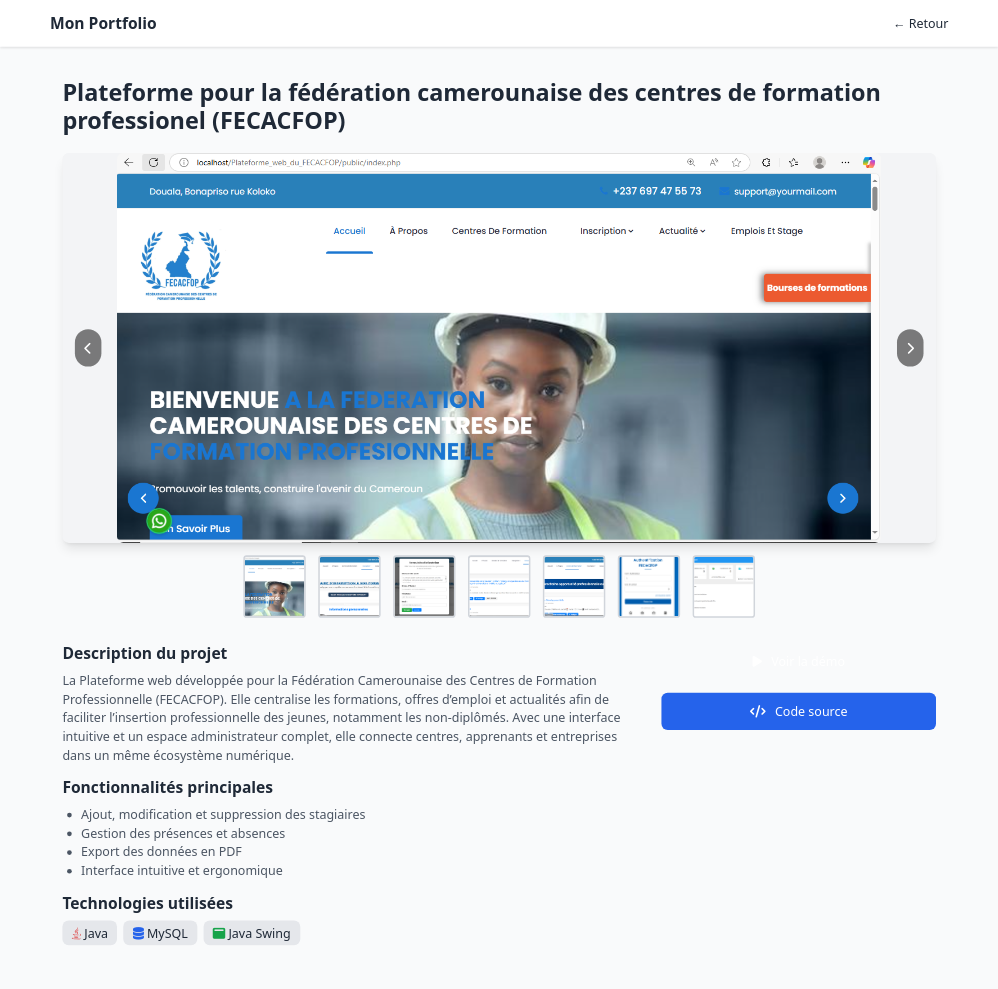
Repository: Edongo999/landry-portfolio
Page: projet-plateforme-web-FECACFOP.html
An editor plug-in stored every save of this project. The page is shown before and after the next save, followed by the edit.
The browser window is 1280 px wide. The pictures show the whole page, at 78% of full size.
Some web libraries are served in a nearby version.

Above is the page before, as saved 2025-09-14 01:39:54.

### projet-plateforme-web-FECACFOP.html

<!DOCTYPE html>
<html lang="fr">
<head>
  <meta charset="UTF-8" />
  <meta name="viewport" content="width=device-width, initial-scale=1.0" />
  <title>Détail du projet - Portfolio</title>
  <script src="https://cdn.tailwindcss.com"></script>
  <link rel="stylesheet" href="https://cdnjs.cloudflare.com/ajax/libs/font-awesome/6.4.0/css/all.min.css">
</head>
<body class="bg-gray-50 text-gray-800">

  <!-- Header -->
  <header class="bg-white shadow p-4 sticky top-0 z-50">
    <div class="max-w-6xl mx-auto flex justify-between items-center">
      <h1 class="text-xl font-bold">Mon Portfolio</h1>
      <a href="index.html" class="text-primary-600 hover:underline">← Retour</a>
    </div>
  </header>

  <!-- Section Détail Projet -->
  <section class="max-w-6xl mx-auto px-4 py-10">
    <h2 class="text-3xl font-bold mb-6">Plateforme pour la fédération camerounaise des centres de formation professionel (FECACFOP) </h2>

    <!-- Slider images/vidéos -->
    <div class="relative w-full max-h-[500px] mx-auto overflow-hidden rounded-lg shadow-lg mb-4 flex justify-center items-center bg-gray-100">
      <div id="slide-container" class="w-full flex justify-center items-center"></div>
      <button onclick="prevSlide()" class="absolute top-1/2 left-4 transform -translate-y-1/2 bg-black/50 text-white p-3 rounded-full z-10">
        <i class="fas fa-chevron-left"></i>
      </button>
      <button onclick="nextSlide()" class="absolute top-1/2 right-4 transform -translate-y-1/2 bg-black/50 text-white p-3 rounded-full z-10">
        <i class="fas fa-chevron-right"></i>
      </button>
    </div>

    <!-- Miniatures -->
    <div class="flex justify-center gap-4 mb-8">
      <img src="assets/img/FECACFOP/CaptureACCUEIL.PNG" class="w-20 h-20 object-cover cursor-pointer border-2 border-primary-600 rounded" onclick="goToSlide(0)">
      <img src="assets/img/FECACFOP/CaptureINSCRIPTION.PNG" class="w-20 h-20 object-cover cursor-pointer border-2 border-gray-300 rounded" onclick="goToSlide(1)">
      <img src="assets/img/FECACFOP/CaptureORIENTATION.PNG" class="w-20 h-20 object-cover cursor-pointer border-2 border-gray-300 rounded" onclick="goToSlide(2)">
      <img src="assets/img/FECACFOP/CaptureActualité.PNG" class="w-20 h-20 object-cover cursor-pointer border-2 border-gray-300 rounded" onclick="goToSlide(3)">
      <img src="assets/img/FECACFOP/CaptureEMPLLOI.PNG" class="w-20 h-20 object-cover cursor-pointer border-2 border-gray-300 rounded" onclick="goToSlide(4)">
      <img src="assets/img/FECACFOP/AUTHENT.PNG" class="w-20 h-20 object-cover cursor-pointer border-2 border-gray-300 rounded" onclick="goToSlide(5)">
      <img src="assets/img/FECACFOP/DASHBORD.PNG" class="w-20 h-20 object-cover cursor-pointer border-2 border-gray-300 rounded" onclick="goToSlide(6)">
      <!-- Exemple vidéo miniature -->
      <!-- <img src="assets/img/video-thumb.png" class="w-20 h-20 object-cover cursor-pointer border-2 border-gray-300 rounded" onclick="goToSlide(3)"> -->
    </div>

    <!-- Description et boutons -->
    <div class="grid grid-cols-1 md:grid-cols-3 gap-8">
      <div class="md:col-span-2">
        <h3 class="text-xl font-semibold mb-2">Description du projet</h3>
        <p class="text-gray-600 mb-4">
          La Plateforme web développée pour la Fédération Camerounaise des Centres de Formation Professionnelle (FECACFOP). Elle centralise les formations, offres d’emploi et actualités afin de faciliter l’insertion professionnelle des jeunes, notamment les non-diplômés. Avec une interface intuitive et un espace administrateur complet, elle connecte centres, apprenants et entreprises dans un même écosystème numérique.
        </p>

        <h3 class="text-xl font-semibold mb-2">Fonctionnalités principales</h3>
        <ul class="list-disc pl-6 text-gray-600 mb-4">
          <li>Ajout, modification et suppression des stagiaires</li>
          <li>Gestion des présences et absences</li>
          <li>Export des données en PDF</li>
          <li>Interface intuitive et ergonomique</li>
        </ul>

        <h3 class="text-xl font-semibold mb-2">Technologies utilisées</h3>
        <div class="flex flex-wrap gap-2 mb-4">
          <span class="flex items-center gap-1 px-3 py-1 bg-gray-200 rounded-lg">
            <i class="fab fa-java text-red-600"></i> Java
          </span>
          <span class="flex items-center gap-1 px-3 py-1 bg-gray-200 rounded-lg">
            <i class="fas fa-database text-blue-600"></i> MySQL
          </span>
          <span class="flex items-center gap-1 px-3 py-1 bg-gray-200 rounded-lg">
            <i class="fas fa-window-maximize text-green-600"></i> Java Swing
          </span>
        </div>
      </div>

      <!-- Boutons -->
      <div class="space-y-4">
        <a href="projet-gestion-stagiaires.html" class="block w-full bg-primary-600 text-white py-3 rounded-lg text-center hover:bg-primary-700">
          <i class="fas fa-play mr-2"></i> Voir la démo
        </a>
        <a href="https://github.com/toncompte/nom-du-projet" target="_blank" class="block w-full bg-blue-600 text-white py-3 rounded-lg text-center hover:bg-blue-700">
          <i class="fas fa-code mr-2"></i> Code source
        </a>
      </div>
    </div>
  </section>

<script>
  const slides = [
    { type: 'image', src: "assets/img/FECACFOP/CaptureACCUEIL.PNG" },
    { type: 'image', src: "assets/img/FECACFOP/CaptureINSCRIPTION.PNG" },
    { type: 'image', src: "assets/img/FECACFOP/CaptureORIENTATION.PNG" },
    { type: 'image', src: "assets/img/FECACFOP/CaptureActualité.PNG" },
    { type: 'image', src: "assets/img/FECACFOP/CaptureEMPLLOI.PNG" },
    { type: 'image', src: "assets/img/FECACFOP/AUTHENT.PNG" },
    { type: 'image', src: "assets/img/FECACFOP/DASHBORD.PNG" },
    // { type: 'video', src: "assets/video/demo.mp4" } // Exemple vidéo
  ];
  let index = 0;
  let slideInterval;
  let userInteracting = false;

  const container = document.getElementById("slide-container");

  function showSlide() {
    container.innerHTML = '';
    const slide = slides[index];
    if(slide.type === 'image'){
      const img = document.createElement("img");
      img.src = slide.src;
      img.alt = "Capture du projet";
      img.className = "w-auto max-h-[500px] object-contain rounded-lg transition-all duration-700";
      container.appendChild(img);
    } else if(slide.type === 'video'){
      const video = document.createElement("video");
      video.src = slide.src;
      video.controls = true;
      video.autoplay = true;
      video.className = "w-auto max-h-[500px] object-contain rounded-lg transition-all duration-700";
      container.appendChild(video);
    }

    // Mise à jour des miniatures
    const thumbs = document.querySelectorAll('.flex.justify-center img');
    thumbs.forEach((img, i) => {
      img.classList.toggle('border-primary-600', i === index);
      img.classList.toggle('border-gray-300', i !== index);
    });
  }

  function nextSlide() { index = (index + 1) % slides.length; showSlide(); }
  function prevSlide() { index = (index - 1 + slides.length) % slides.length; showSlide(); }
  function goToSlide(i){ index = i; showSlide(); }

  function startAutoSlide() {
    slideInterval = setInterval(()=>{ if(!userInteracting) nextSlide(); }, 20000);
  }

  function stopAutoSlide(){ clearInterval(slideInterval); }

  const slideWrapper = document.querySelector('.relative');
  const thumbnails = document.querySelectorAll('.flex.justify-center img');

  slideWrapper.addEventListener('mouseenter', () => userInteracting = true);
  slideWrapper.addEventListener('mouseleave', () => userInteracting = false);

  thumbnails.forEach((thumb, i)=>{
    thumb.addEventListener('click', ()=>{
      userInteracting = true;
      goToSlide(i);
      setTimeout(()=> userInteracting=false,2000);
    });
  });

  document.querySelector('.absolute.left-4').addEventListener('click', ()=>{
    userInteracting=true;
    prevSlide();
    setTimeout(()=> userInteracting=false,2000);
  });
  document.querySelector('.absolute.right-4').addEventListener('click', ()=>{
    userInteracting=true;
    nextSlide();
    setTimeout(()=> userInteracting=false,2000);
  });

  showSlide();
  startAutoSlide();
</script>
</body>
</html>

After the next save:
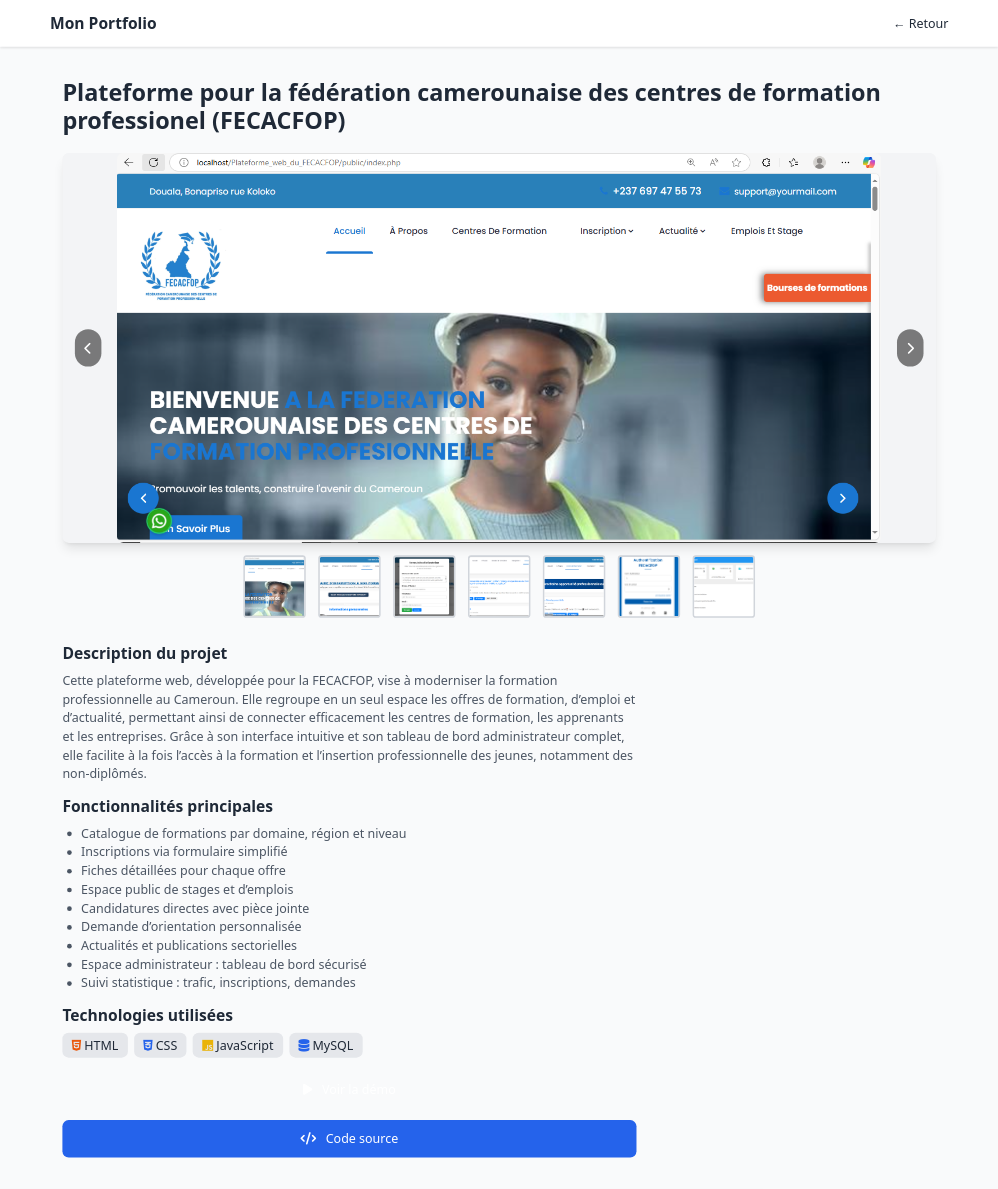
Saved 4 min 42 s later.
--- a/projet-plateforme-web-FECACFOP.html
+++ b/projet-plateforme-web-FECACFOP.html
@@ -51,30 +51,39 @@
       <div class="md:col-span-2">
         <h3 class="text-xl font-semibold mb-2">Description du projet</h3>
         <p class="text-gray-600 mb-4">
-          La Plateforme web développée pour la Fédération Camerounaise des Centres de Formation Professionnelle (FECACFOP). Elle centralise les formations, offres d’emploi et actualités afin de faciliter l’insertion professionnelle des jeunes, notamment les non-diplômés. Avec une interface intuitive et un espace administrateur complet, elle connecte centres, apprenants et entreprises dans un même écosystème numérique.
+          Cette plateforme web, développée pour la FECACFOP, vise à moderniser la formation professionnelle au Cameroun. Elle regroupe en un seul espace les offres de formation, d’emploi et d’actualité, permettant ainsi de connecter efficacement les centres de formation, les apprenants et les entreprises. Grâce à son interface intuitive et son tableau de bord administrateur complet, elle facilite à la fois l’accès à la formation et l’insertion professionnelle des jeunes, notamment des non-diplômés.
         </p>
 
-        <h3 class="text-xl font-semibold mb-2">Fonctionnalités principales</h3>
-        <ul class="list-disc pl-6 text-gray-600 mb-4">
-          <li>Ajout, modification et suppression des stagiaires</li>
-          <li>Gestion des présences et absences</li>
-          <li>Export des données en PDF</li>
-          <li>Interface intuitive et ergonomique</li>
-        </ul>
+      <h3 class="text-xl font-semibold mb-2">Fonctionnalités principales</h3>
+      <ul class="list-disc pl-6 text-gray-600 mb-4">
+        <li>Catalogue de formations par domaine, région et niveau</li>
+        <li>Inscriptions via formulaire simplifié</li>
+        <li>Fiches détaillées pour chaque offre</li>
+        <li>Espace public de stages et d’emplois</li>
+        <li>Candidatures directes avec pièce jointe</li>
+        <li>Demande d’orientation personnalisée</li>
+        <li>Actualités et publications sectorielles</li>
+        <li>Espace administrateur : tableau de bord sécurisé</li>
+        <li>Suivi statistique : trafic, inscriptions, demandes</li>
+      </ul>
 
-        <h3 class="text-xl font-semibold mb-2">Technologies utilisées</h3>
-        <div class="flex flex-wrap gap-2 mb-4">
-          <span class="flex items-center gap-1 px-3 py-1 bg-gray-200 rounded-lg">
-            <i class="fab fa-java text-red-600"></i> Java
-          </span>
-          <span class="flex items-center gap-1 px-3 py-1 bg-gray-200 rounded-lg">
-            <i class="fas fa-database text-blue-600"></i> MySQL
-          </span>
-          <span class="flex items-center gap-1 px-3 py-1 bg-gray-200 rounded-lg">
-            <i class="fas fa-window-maximize text-green-600"></i> Java Swing
-          </span>
-        </div>
+
+       <h3 class="text-xl font-semibold mb-2">Technologies utilisées</h3>
+      <div class="flex flex-wrap gap-2 mb-4">
+        <span class="flex items-center gap-1 px-3 py-1 bg-gray-200 rounded-lg">
+          <i class="fab fa-html5 text-orange-600"></i> HTML
+        </span>
+        <span class="flex items-center gap-1 px-3 py-1 bg-gray-200 rounded-lg">
+          <i class="fab fa-css3-alt text-blue-600"></i> CSS
+        </span>
+        <span class="flex items-center gap-1 px-3 py-1 bg-gray-200 rounded-lg">
+          <i class="fab fa-js text-yellow-500"></i> JavaScript
+        </span>
+        <span class="flex items-center gap-1 px-3 py-1 bg-gray-200 rounded-lg">
+          <i class="fas fa-database text-blue-600"></i> MySQL
+        </span>
       </div>
+
 
       <!-- Boutons -->
       <div class="space-y-4">
